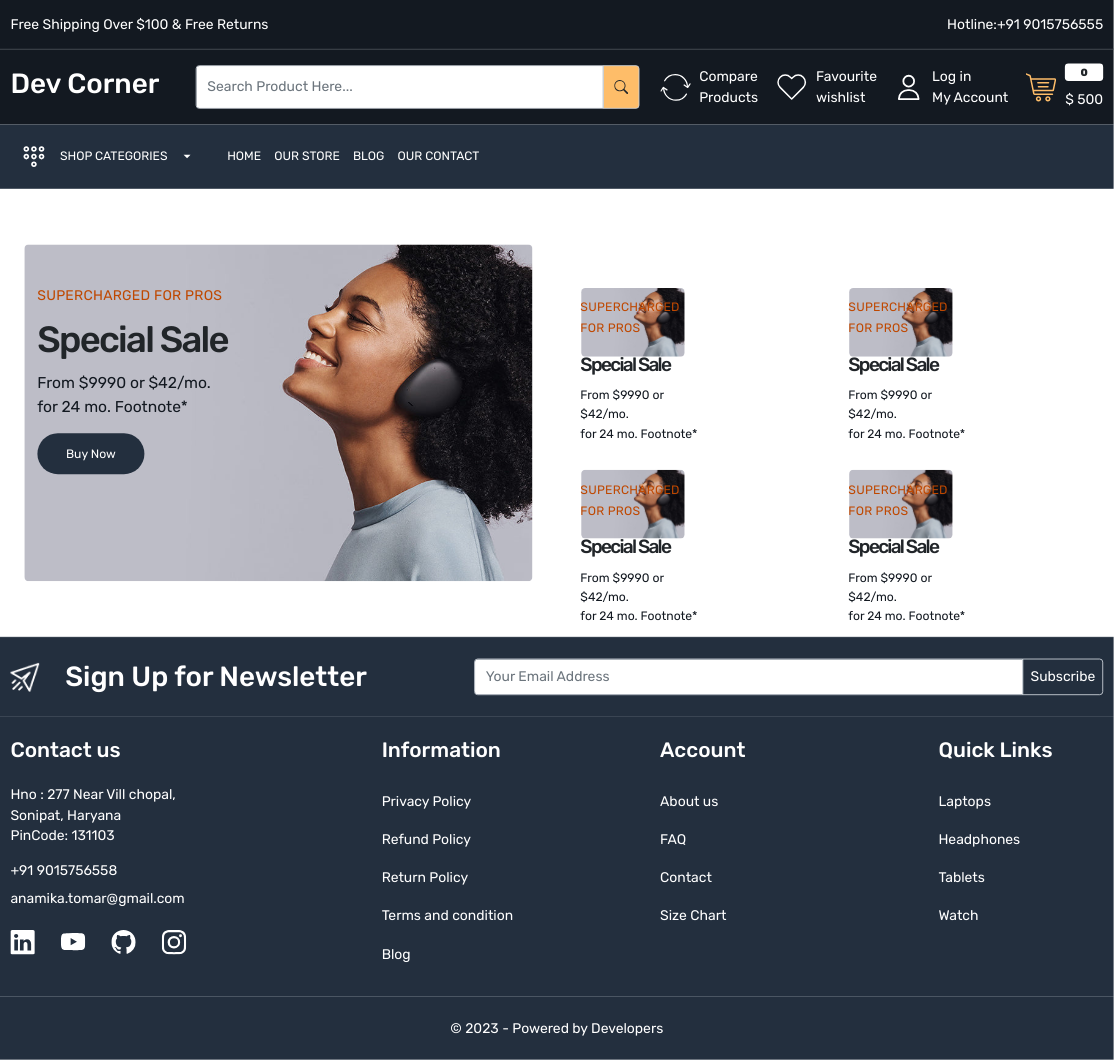
Repository: anamikatomar21/demo
Page: /
An editor plug-in stored every save of this project. The page is shown before and after the next save, followed by the edit.
The browser window is 1280 px wide. The pictures show the whole page, at 87% of full size.
The project was rebuilt for these pictures with package versions that can differ from the ones it lists, and the page was loaded fresh each time. Also part of the build but not shown: src/pages/About.js, src/pages/Contact.js.

Above is the page before, as saved 2023-05-14 20:57:07.

After the next save:
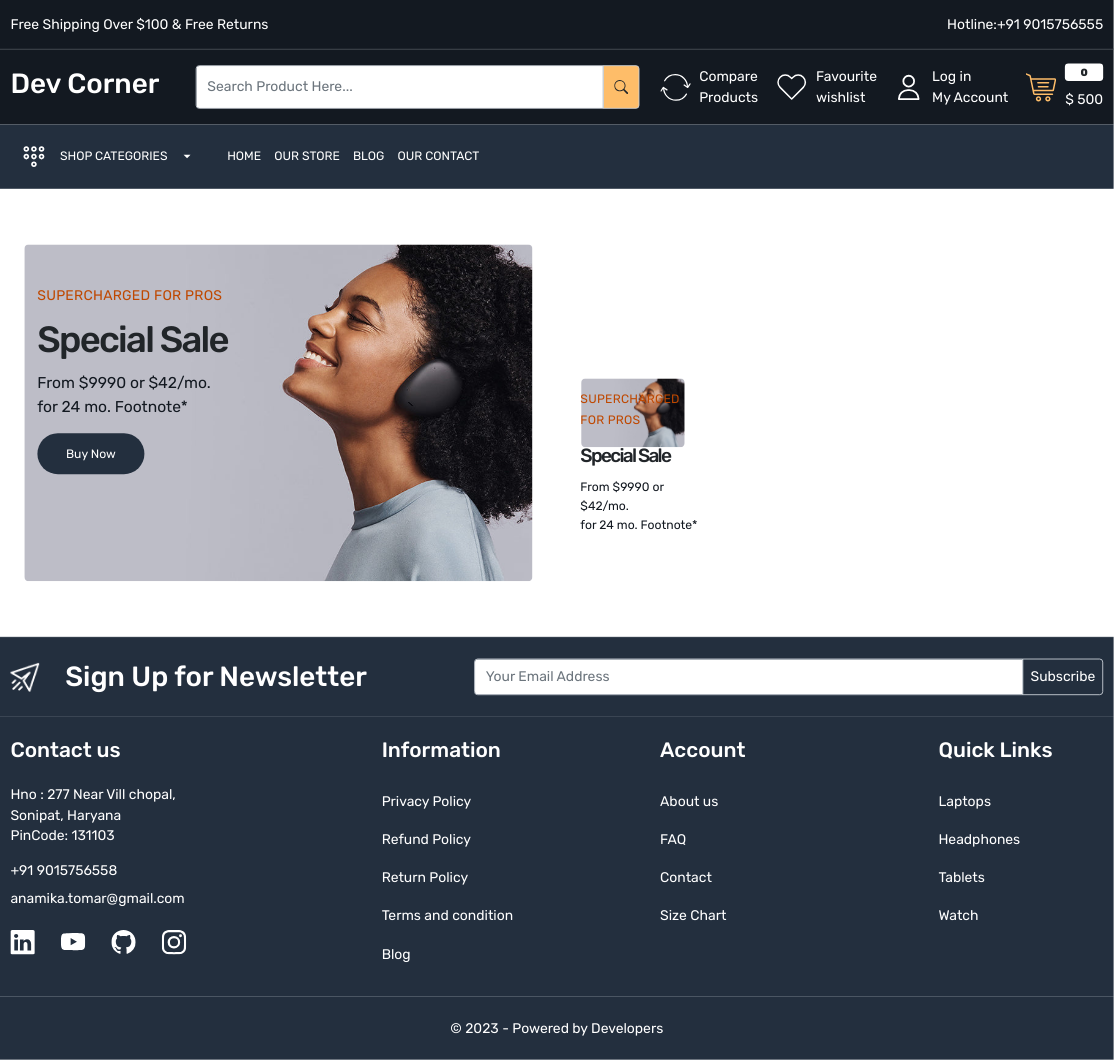
Saved 32 s later.
--- a/src/pages/Home.js
+++ b/src/pages/Home.js
@@ -45,60 +45,6 @@
                   </div>
                 </div>
               </div>
-              <div className="col-6">
-                <div className="small-banner p-3 position-relative">
-                  <img
-                    src="/images/images/main-banner.jpg"
-                    alt="main-banner"
-                    className="img-fluid rounded-3"
-                  />
-                  <div className="small-banner-content position-absolute">
-                    <h4>SUPERCHARGED FOR PROS</h4>
-                    <h5>Special Sale </h5>
-                    <p>
-                      From $9990 or $42/mo.
-                      <br />
-                      for 24 mo. Footnote*
-                    </p>
-                  </div>
-                </div>
-              </div>
-              <div className="col-6">
-                <div className="small-banner p-3 position-relative">
-                  <img
-                    src="/images/images/main-banner.jpg"
-                    alt="main-banner"
-                    className="img-fluid rounded-3"
-                  />
-                  <div className="small-banner-content position-absolute">
-                    <h4>SUPERCHARGED FOR PROS</h4>
-                    <h5>Special Sale </h5>
-                    <p>
-                      From $9990 or $42/mo.
-                      <br />
-                      for 24 mo. Footnote*
-                    </p>
-                  </div>
-                </div>
-              </div>
-              <div className="col-6">
-                <div className="small-banner p-3 position-relative">
-                  <img
-                    src="/images/images/main-banner.jpg"
-                    alt="main-banner"
-                    className="img-fluid rounded-3"
-                  />
-                  <div className="small-banner-content position-absolute">
-                    <h4>SUPERCHARGED FOR PROS</h4>
-                    <h5>Special Sale </h5>
-                    <p>
-                      From $9990 or $42/mo.
-                      <br />
-                      for 24 mo. Footnote*
-                    </p>
-                  </div>
-                </div>
-              </div>
             </div>
           </div>
         </div>
